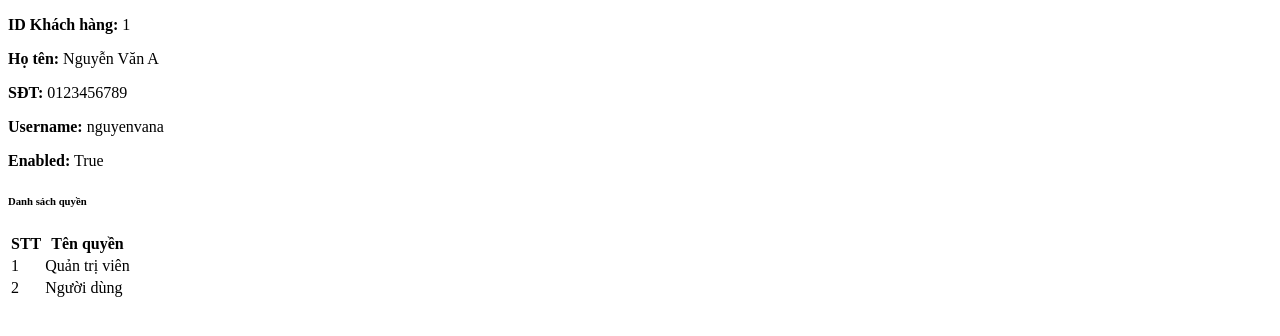
Repository: HoangPhiCodeGa/Web-Ecommerce-FE
Page: admin/fragments/customerDetailModal.html
These files come from the project's save history. The page is drawn as it stood at one moment and after the next save; the edit follows.
The browser window is 1280 px wide. The pictures show the whole page.

Above is the page before, as saved 2025-03-29 16:57:07.

### admin/fragments/customerDetailModal.html
<!DOCTYPE html>
<html>
<head>
    <meta charset="utf-8">
    <meta name="viewport" content="width=device-width, initial-scale=1">
    <title>Customer Details</title>
    <!-- Thêm CSS cho giao diện của bạn ở đây -->
</head>
<body>

<!-- Chi tiết khách hàng -->
<div class="order-details">
  <div class="container">
    <div class="row g-3">
      <!-- Cột 1 -->
      <div class="col-md-12">
        <p><strong>ID Khách hàng:</strong> <span>1</span></p>
        <p><strong>Họ tên:</strong> <span>Nguyễn Văn A</span></p>
        <p><strong>SĐT:</strong> <span>0123456789</span></p>
        <p><strong>Username:</strong> <span>nguyenvana</span></p>
        <p><strong>Enabled:</strong> <span>True</span></p>
      </div>
    </div>
  </div>
</div>

<!-- Danh sách quyền -->
<div class="search-bar mt-3 mb-3">
  <h6>Danh sách quyền</h6>
</div>

<!-- Bảng quyền -->
<table class="table table-bordered">
  <thead>
  <tr>
    <th>STT</th>
    <th>Tên quyền</th>
  </tr>
  </thead>
  <tbody>
  <!-- Dữ liệu quyền khách hàng -->
  <tr>
    <td>1</td>
    <td>Quản trị viên</td>
  </tr>
  <tr>
    <td>2</td>
    <td>Người dùng</td>
  </tr>
  </tbody>
</table>

<!-- Thêm các script JavaScript nếu cần -->
</body>
</html>

After the next save:
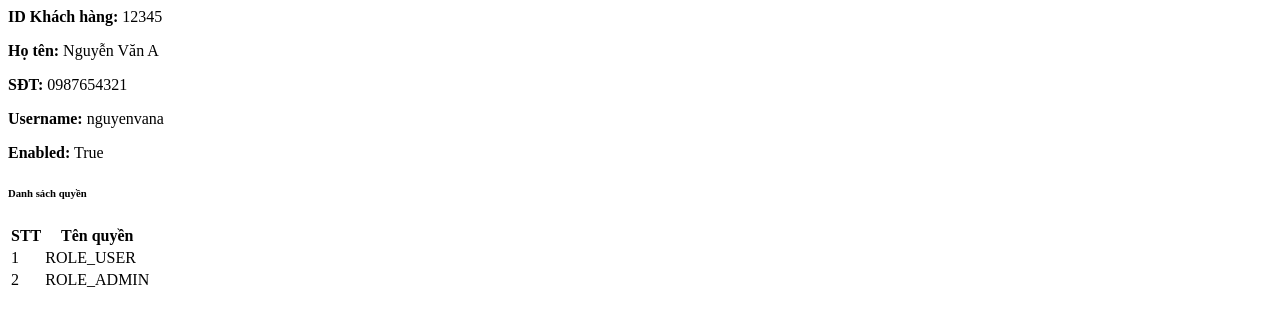
Saved 4 days later.
--- a/admin/fragments/customerDetailModal.html
+++ b/admin/fragments/customerDetailModal.html
@@ -1,22 +1,11 @@
-<!DOCTYPE html>
-<html>
-<head>
-    <meta charset="utf-8">
-    <meta name="viewport" content="width=device-width, initial-scale=1">
-    <title>Customer Details</title>
-    <!-- Thêm CSS cho giao diện của bạn ở đây -->
-</head>
-<body>
-
-<!-- Chi tiết khách hàng -->
 <div class="order-details">
   <div class="container">
     <div class="row g-3">
       <!-- Cột 1 -->
       <div class="col-md-12">
-        <p><strong>ID Khách hàng:</strong> <span>1</span></p>
+        <p><strong>ID Khách hàng:</strong> <span>12345</span></p>
         <p><strong>Họ tên:</strong> <span>Nguyễn Văn A</span></p>
-        <p><strong>SĐT:</strong> <span>0123456789</span></p>
+        <p><strong>SĐT:</strong> <span>0987654321</span></p>
         <p><strong>Username:</strong> <span>nguyenvana</span></p>
         <p><strong>Enabled:</strong> <span>True</span></p>
       </div>
@@ -24,32 +13,25 @@
   </div>
 </div>
 
-<!-- Danh sách quyền -->
 <div class="search-bar mt-3 mb-3">
   <h6>Danh sách quyền</h6>
 </div>
 
-<!-- Bảng quyền -->
 <table class="table table-bordered">
   <thead>
-  <tr>
-    <th>STT</th>
-    <th>Tên quyền</th>
-  </tr>
+    <tr>
+      <th>STT</th>
+      <th>Tên quyền</th>
+    </tr>
   </thead>
   <tbody>
-  <!-- Dữ liệu quyền khách hàng -->
-  <tr>
-    <td>1</td>
-    <td>Quản trị viên</td>
-  </tr>
-  <tr>
-    <td>2</td>
-    <td>Người dùng</td>
-  </tr>
+    <tr class="odd">
+      <td>1</td>
+      <td>ROLE_USER</td>
+    </tr>
+    <tr class="odd">
+      <td>2</td>
+      <td>ROLE_ADMIN</td>
+    </tr>
   </tbody>
 </table>
-
-<!-- Thêm các script JavaScript nếu cần -->
-</body>
-</html>
